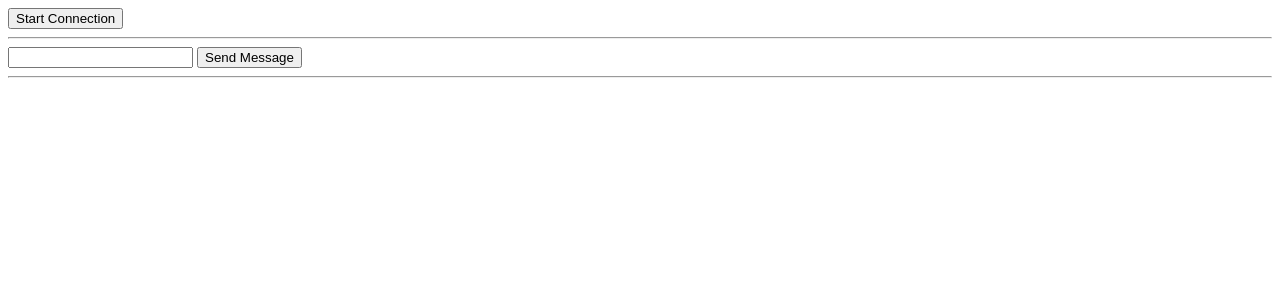
Repository: fgh64hfhk/webworkspace
Page: eeit82_web/src/main/webapp/web60.html
These files come from the project's save history. The page is drawn as it stood at one moment and after the next save; the edit follows.
The browser window is 1280 px wide. The pictures show the whole page.

Above is the page before, as saved 2024-05-13 01:30:51.

After the next save:
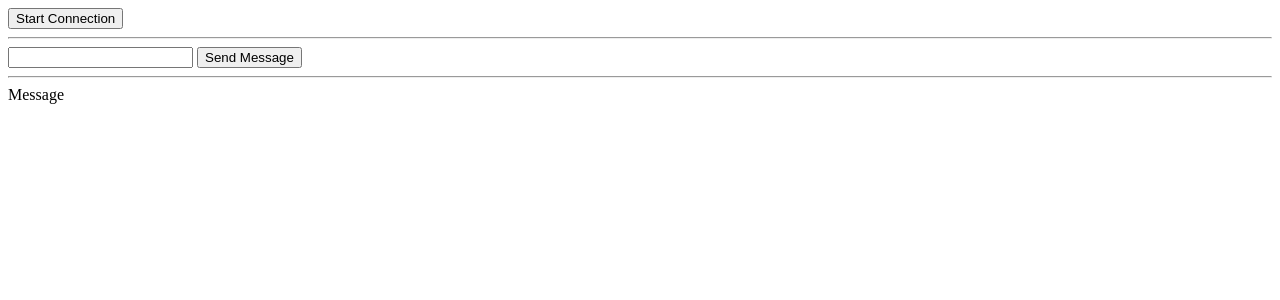
Saved 57 s later.
--- a/eeit82_web/src/main/webapp/web60.html
+++ b/eeit82_web/src/main/webapp/web60.html
@@ -15,6 +15,6 @@
 			<button id="send">Send Message</button>
 		</div>
 		<hr>
-		<div id="login"></div>
+		<div id="log">Message</div>
 	</body>
 </html>
